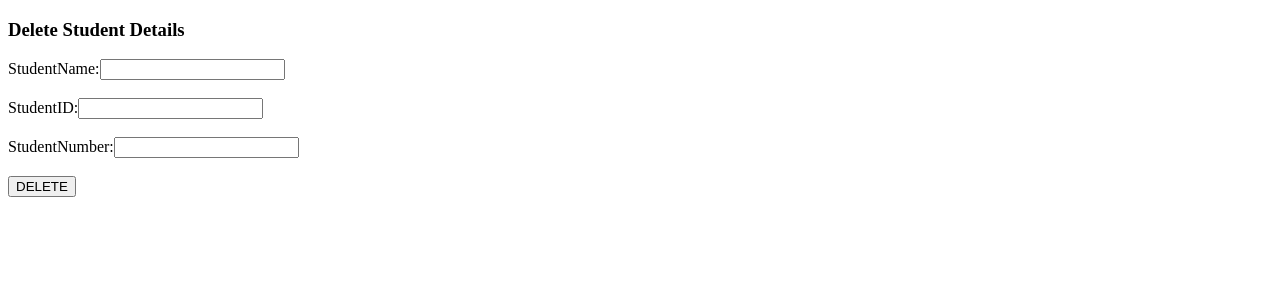
Repository: PrinceKumawat1109/Ep_Redhat
Page: http://localhost/servelet-jsp/deletedata.jsp
The author's editor kept a copy of each file at every save. The page is drawn from the files as they stood at one save, then again after the next save.
The browser window is 1280 px wide. The pictures show the whole page.
The page is served by Tomcat 9. Other server files are loaded and not shown.

Above is the page before, as saved 2022-07-23 12:48:13.

### servelet-jsp/src/main/webapp/deletedata.jsp
<%@ page language="java" contentType="text/html; charset=ISO-8859-1"
    pageEncoding="ISO-8859-1"%>
<!DOCTYPE html>
<html>
<head>
<meta charset="ISO-8859-1">
<title>Delete Data</title>
</head>
<body>
<h3>Delete Student Details</h3>
<form action="DeleteData" method="get">
StudentName:<input type="text" name="name"/><br/><br/>
StudentID:<input type="text" name="sid"/><br/><br/>
StudentNumber:<input type="text" name="number"/><br/><br/>
<input type="submit" value="DELETE"/>
</form>
</body>
</html>

After the next save:
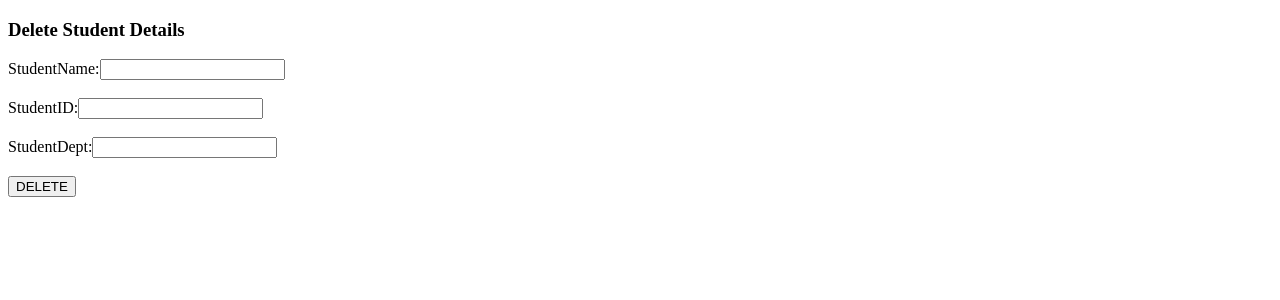
Saved 18 s later.
--- a/servelet-jsp/src/main/webapp/deletedata.jsp
+++ b/servelet-jsp/src/main/webapp/deletedata.jsp
@@ -11,7 +11,7 @@
 <form action="DeleteData" method="get">
 StudentName:<input type="text" name="name"/><br/><br/>
 StudentID:<input type="text" name="sid"/><br/><br/>
-StudentNumber:<input type="text" name="number"/><br/><br/>
+StudentDept:<input type="text" name="dept"/><br/><br/>
 <input type="submit" value="DELETE"/>
 </form>
 </body>
